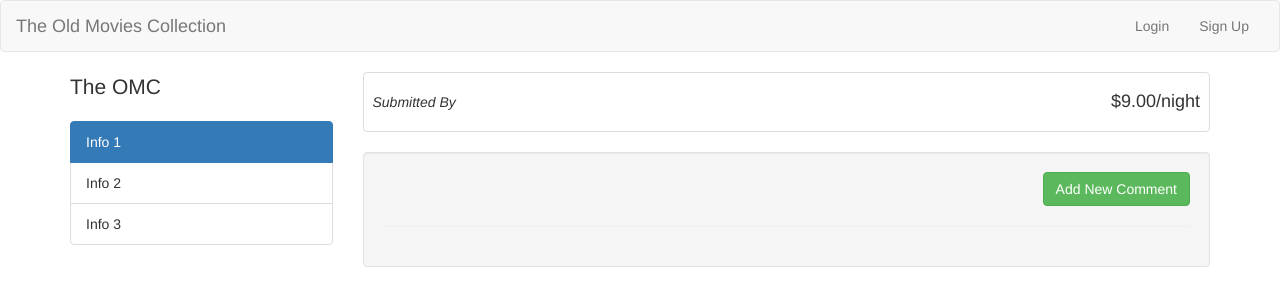
Repository: hrcn/Full-Stack-Projects
Page: OldMovies/views/movies/show.ejs
The author's editor kept a record of every edit. The page is drawn from the files as they stood at one moment, then again after the next edit.
The browser window is 1280 px wide. The pictures show the whole page.
The page is served by the project's Node server (OldMovies/app.js). Other server files are loaded and not shown. The template is opened directly, without the code that normally fills it, so the values that code supplies are empty.

Above is the page before.

### The Old Movies Collection/environment/OldMovies/views/movies/show.ejs
<% include ../partials/header %>
<div class="container">
    <div class="row">
        <div class="col-md-3">
            <p class="lead">The OMC</p>
            <div class="list-group">
                <li class="list-group-item active">Info 1</li>
                <li class="list-group-item">Info 2</li>
                <li class="list-group-item">Info 3</li>
            </div>
        </div>
        <div class="col-md-9">
            <div class="thumbnail">
                <img class="img-responsive" src="<%= movie.image %>">
                <div class="caption-full">
                    <h4 class="pull-right">$9.00/night</h4>
                    <h4><a><%=movie.name%></a></h4>
                    <p><%= movie.description %></p>
                    <p>
                        <em>Submitted By <%= movie.author.username %></em>
                    </p>
                    <% if(currentUser && movie.author.id.equals(currentUser._id)){ %>
                        <a class="btn btn-xs btn-warning" href="/movies/<%= movie._id %>/edit">Edit</a>
                        <form id="delete-form" action="/movies/<%= movie._id %>?_method=DELETE" method="POST">
                            <button class="btn btn-xs btn-danger">Delete</button>
                        </form>
                    <% }%>
                </div>
            </div>
            <div class="well">
                <div class="text-right">
                    <a class="btn btn-success" href="/movies/<%= movie._id %>/comments/new">Add New Comment</a>
                </div>
                <hr>
                <% movie.comments.forEach(function(comment){ %>
                    <div class="row">
                        <div class="col-md-12">
                            <strong><%= comment.author.username %></strong>
                            <span class="pull-right">10 days ago</span>
                            <p>
                                <%= comment.text %>
                            </p>
                        <% if(currentUser && comment.author.id.equals(currentUser._id)){ %>
                            <a class="btn btn-xs btn-warning"
                               href="/movies/<%=movie._id %>/comments/<%=comment._id %>/edit">Edit</a>
                            <form id="delete-form" action="/movies/<%=movie._id %>/comments/<%=comment._id %>?_method=DELETE" method="POST">
                                <input type="submit" class="btn btn-xs btn-danger" value="Delete">
                            </form>
                        <% } %>
                        </div>
                    </div>
                <% }) %>
            </div>
        </div>
    </div>
</div>

<% include ../partials/footer %>

### The Old Movies Collection/environment/OldMovies/views/partials/header.ejs
<!DOCTYPE html>
<html>
    <head>
        <title>The Old Movies Collection</title>
        <link rel="stylesheet" href="https://maxcdn.bootstrapcdn.com/bootstrap/3.3.5/css/bootstrap.min.css">
        <link rel="stylesheet" href="/stylesheets/main.css">
    </head>
    <body>
    <nav class="navbar navbar-default">
        <div class="container-fluid">
            <div class="navbar-header">
                <a class="navbar-brand" href="/">The Old Movies Collection</a>
            </div>
            <div class="collapse navbar-collapse">
                <ul class="nav navbar-nav navbar-right">
                    <% if(!currentUser){ %>
                        <li><a href="/login">Login</a></li>
                        <li><a href="/register">Sign Up</a></li>
                    <% } else { %>
                        <li><a href="#">Signed In As <%= currentUser.username %></a></li>
                        <li><a href="/logout">Logout</a></li>
                    <% } %>
                </ul>
            </div>
        </div>
    </nav>

    <div class="container">

        <% if(error && error.length > 0){ %>
            <div class="alert alert-danger" role="alert">
                <%= error %>
            </div>
        <% } %>
        <% if(success && success.length > 0){ %>
            <div class="alert alert-success" role="alert">
                <%= success %>
            </div>
        <% } %>
    </div>

### The Old Movies Collection/environment/OldMovies/app.js
var express         = require("express"),
    app             = express(),
    bodyParser      = require("body-parser"),
    mongoose        = require("mongoose"),
    // Movie           = require("./models/movie"),
    // Comment         = require("./models/comment"),
    passport        = require("passport"),
    flash           = require("connect-flash"),
    LocalStrategy   = require("passport-local"),
    methodOverride  = require("method-override"),
    User            = require("./models/user");

// REQUIRING ROUTES
var commentRoutes    = require("./routes/comments"),
    movieRoutes      = require("./routes/movies"),
    indexRoutes      = require("./routes/index");

mongoose.connect("mongodb://localhost/old_movies", {useNewUrlParser:true});
app.use(bodyParser.urlencoded({extended: true}));
app.set("view engine", "ejs");
app.use(express.static(__dirname + "/public"));
app.use(methodOverride("_method"));
app.use(flash());

// PASSPORT CONFIGURATION
app.use(require("express-session")({
    secret: "asdfasdf",
    resave: false,
    saveUninitialized: false
}));

app.use(passport.initialize());
app.use(passport.session());
passport.use(new LocalStrategy(User.authenticate()));
passport.serializeUser(User.serializeUser());
passport.deserializeUser(User.deserializeUser());

app.use(function(req, res, next){
    res.locals.currentUser = req.user;
    res.locals.error = req.flash("error");
    res.locals.success = req.flash("success");
    next();
});

app.use("/", indexRoutes);
app.use("/movies", movieRoutes);
app.use("/movies/:id/comments", commentRoutes);

app.listen(process.env.PORT, process.env.IP, function(){
    console.log("Server started.");
});

// Movie.create({
//     name: "Persona",
//     image: "https://s3.amazonaws.com/criterion-production/films/d5c135c95f58e74e2ee28cb92659bafd/DoD5SlisIFjKyi0zucupnwj2B3ADGy_large.jpg"
// });

Loaded but not shown: The Old Movies Collection/environment/OldMovies/views/partials/footer.ejs (common file); The Old Movies Collection/environment/OldMovies/public/stylesheets/main.css (common file)

After the next edit:
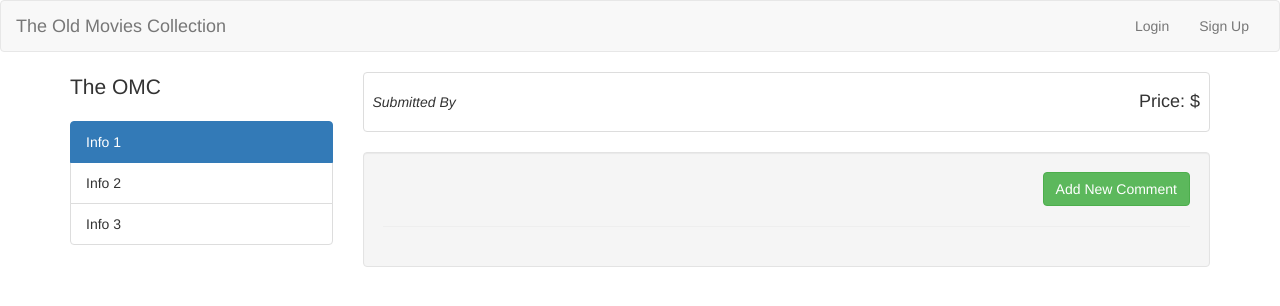
The edit:
--- a/The Old Movies Collection/environment/OldMovies/views/movies/show.ejs
+++ b/The Old Movies Collection/environment/OldMovies/views/movies/show.ejs
@@ -13,7 +13,7 @@
             <div class="thumbnail">
                 <img class="img-responsive" src="<%= movie.image %>">
                 <div class="caption-full">
-                    <h4 class="pull-right">$9.00/night</h4>
+                    <h4 class="pull-right">Price: $</h4>
                     <h4><a><%=movie.name%></a></h4>
                     <p><%= movie.description %></p>
                     <p>
